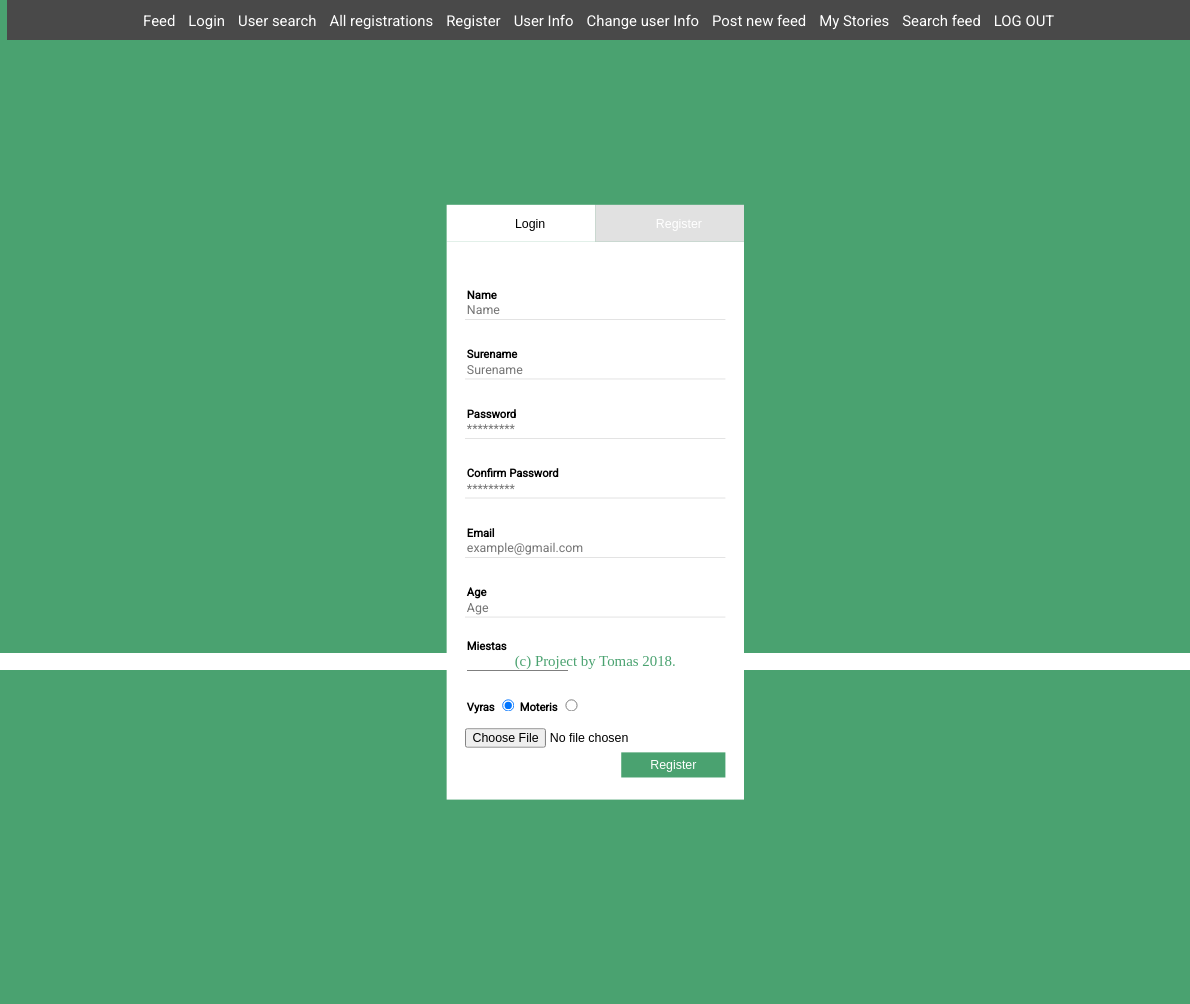
Repository: codin-full-stack/tomasz
Page: http://localhost/tomasz/registration.php
An editor plug-in stored every save of this project. The page is shown before and after a run of saves, followed by the edit.
The browser window is 1280 px wide. The pictures show the whole page, at 93% of full size.
The page is run by PHP 8.4 with error messages shown; the project is at /var/www/html/.

Above is the page before, as saved 2018-10-04 15:03:34.

### registration.php
<?php include('config.php');
include('header.php')?>
<!DOCTYPE html>
<html>
<head>
    <meta charset="utf-8" />
    <title>Registracija</title>
    <meta name="viewport" content="width=device-width, initial-scale=1">
    <link rel="stylesheet" href="styles/styles.css" type="text/css">
</head>

<html>
<body>
    <div class="container">
        <form action="" method="POST" enctype="multipart/form-data">
        <div class="buttons">
            <button type="button" onclick="window.location.href='http://localhost:8081/tomasz/login.php'" class="lButton" required>Login</button>
            <button type="button" onclick="window.location.href='http://localhost:8081/tomasz/registration.php'" class="rButton"required>Register</button>
        </div>
        <div class="boxReg">
            <div class="box-item">
                <label for="" class="label">
                    Name<br>
                </label>
                <input type="text" name="vard" class="field" placeholder="Name">
            </div>
            <div class="box-item">
                <label for="" class="label">
                    Surename<br>
                </label>
                <input type="text" name="pavd" class="field" placeholder="Surename">
            </div>
            <div class="box-item">
                <label for="" class="label">
                    Password<br>
                </label>
                <input type="password" name="pass" class="field" placeholder="*********">
            </div>
            <div class="box-item">
                <label for="" class="label">
                    Confirm Password<br>
                </label>
                <input type="password" name="passconf" class="field" placeholder="*********">
            </div>
            <div class="box-item">
                <label for="" class="label">
                    Email<br>
                </label>
                <input type="text" name="email" class="field" placeholder="example@gmail.com">
            </div>
            <div class="box-item">
                <label for="" class="label">
                    Age<br>
                </label>
                <input type="text" name="amz" class="field" placeholder="Age">
            </div>
            <div class="box-item">
                <label for="" class="labelspace">
                  <br>Miestas&nbsp;&nbsp;&nbsp;&nbsp;
                </label>
                <select id="miest" name="miest" required>
            <option value="0">Pasirink miesta</option>
            <?php
                $citiesArray = [
                    'vln'   => 'Vilnius',
                    'kns'   => 'Kaunas',
                    'klp'   => 'Klaipeda',
                    'pnvz'  => 'Panevezys',
                    'siau'  => 'Siauliai',
                    'taur'  => 'Taurage',
                ];
            ?>
            <?php foreach ($citiesArray as $key=> $value) { ?>
                <option value="<?php echo $key; ?>">
                    <?php echo $value; ?>
                </option>
            <?php } ?>
        </select>
            </div>
            <div class="box-item">
                <label for="" class="labelradio">
                    <br><br>Vyras <input type="radio" name="lyt" value="M" checked="checked">
                    Moteris <input type="radio" name="lyt" value="F"><br><br>
                </label>
            </div>
            <div class="photo-upload">
                <input type="file" name="myimage">
            </div>
            <div class="box-bottom">
                <button name="reg" type="sumbit" class="regButton">
                    Register
                </button>
            </div>
        </div>
    </div>
    </form>
    <?php


if (!empty($_POST)){
    if ($_POST['pass'] != $_POST['passconf']) {
        echo("Neatitinka slaptazodziai.");
    } else {
        include('PushAndRetrieveLast.php');
    }
}
?>

</div>
<?php include('footer.php')?>
</body>
</html>

### config.php
<?php
$servername = "localhost";
$username = "root";
$password = "";
$db = "tomasz";

$conn = mysqli_connect($servername, $username, $password, $db);

if (!$conn) {
    die("Connection failed: " . mysqli_connect_error());
}
// echo "Connected successfully";

?>

### header.php
<?php
session_start();
// include('sessionCheck.php');
include('jsonFunctions.php');
?>
<!DOCTYPE html>
<html>
<head>
    <meta charset="utf-8" />
    <title>
    <?php
        if(isset($_SESSION['id'])) {
            $search_value=$_SESSION["id"];
            $sql3="select * from users where id ='$search_value'";
            $result3=mysqli_query($conn, $sql3);
            $row3=mysqli_fetch_assoc($result3);
            echo "Prisijunges: " . $row3['name'];
        } else {
            echo 'Prisjunk';
        }
    ?>
    </title>
    <meta name="viewport" content="width=device-width, initial-scale=1">
    <link rel="stylesheet" href="styles/styles.css" type="text/css">
    <link href="https://fonts.googleapis.com/css?family=Roboto" rel="stylesheet">
</head>
<body background="media/bgwp.jpg">
    <div class="navigation">
        <?php include('TopMenu.php')?>
    </div>

### jsonFunctions.php
<?php

function scanFiles($dir) {
    $path = __DIR__ . DIRECTORY_SEPARATOR . $dir;
    $files = scandir($path);

    return $files;
}

/** DECODE json to array and return  */
function jsonFileToArray($dir, $file) {
    $path = __DIR__ . DIRECTORY_SEPARATOR . $dir . DIRECTORY_SEPARATOR;
    $file = file_get_contents($path . $file, FILE_USE_INCLUDE_PATH);
    $allInfo = json_decode($file, true);

    return $allInfo;
}

/** ENCODE array to JSON */
function arrayToJsonFile($dir, $data) {
    $path = __DIR__ . DIRECTORY_SEPARATOR . $dir . DIRECTORY_SEPARATOR;
    $encodeFileName = urlencode($data['email'] . '.json');
    $json = json_encode($data, JSON_PRETTY_PRINT|JSON_UNESCAPED_UNICODE);
    file_put_contents($path . $encodeFileName , $json);
    echo "Ikelta: $path . $encodeFileName . <br> . <br>";
}

/** Show all registered users data  */
function allRegisteredList($files, $dir) {
    foreach ($files as $key => $value) {
        $pos = strpos($value, '.json');
        if ($pos != false) {
           $allInfo = jsonFileToArray($dir, $value);
            foreach ($allInfo as $key => $item) {
                if (!is_array($item)) {
                    echo $key . '=>' . $item . '<br/>';
                } else {
                    foreach ($item as $key => $val) {
                        echo $key . '=>' . $val . '<br/>';
                    }
                }
            }
            echo '<br/>';
        }
    }
}

function fileExists($dir, $fileName) {
    $path = __DIR__ . DIRECTORY_SEPARATOR . $dir . DIRECTORY_SEPARATOR;
    if(file_exists($path . $fileName)) {
        return true;
    } else {
        return false;
    }
}
/**
 * SEARCH FOR USER
 */
function searchUser($labelsArray, $fileName, $data) {
    if (!empty ($data)) {
        // var_dump (fileExists('regFormJson', $fileName)); FUNKCIJOS test
        if (fileExists('regFormJson', $fileName)) {
            $json = jsonFileToArray('regFormJson', $fileName);
            unset($json['pass']);
            foreach ($json as $key => $item) {
                if (!empty($item)) {
                    echo $labelsArray[$key] . ': ' .  $item . '<br>' ;
                }
            }
        } else {
            echo "Tokio vartotojo nera";
        }
    }
}

/** Show registered info */
function retrieve($fileName, $data, $labelsArray ) {
    if (!empty ($data)) {
            $json = jsonFileToArray('regFormJson', $fileName);
            foreach ($json as $key => $item) {
                if (!empty($item)) {
                    echo $labelsArray[$key] . ': ' .  $item . '<br>' ;
            }
        }
    }
}


// function loginU($fileName, $data) {
//     if (!empty($data) && fileExists('regFormJson', $fileName)) {

//         header("location: index.php");
//     } else {
//         header("location: login.php");
//     }
// }

function getFilePath($logindata){
    $filePath = __DIR__ . DIRECTORY_SEPARATOR . 'regFormJson' . DIRECTORY_SEPARATOR . urlencode($logindata['email'] . '.json');

    return $filePath;
 }

 /** Funkcija vartotojo duomenu istraukimui */

 function getUserInfo($filePath){
    if(file_exists($filePath)){
        $info2 = file_get_contents($filePath);
        $masyv = json_decode($info2, true);
        return $masyv;
    } else {
        return null;
    }
 }

 function loginU($data){

    $filePath = getFilePath($data);
    $userInfo = getUserInfo($filePath);

    if(!empty($userInfo)){

        checkPass($filePath, $data);

    /** jei vartotojas egzistuoja issitraukti jo duomenis, patikrinti issaugota slaptazodi su postinamu passu ir jei jei sutampa uzsetinti sesija */
    } else {
        echo 'Neteisingas slaptazodis';
    }
 }

 /** funkcija slaptazodzio palyginimui */
 function checkPass($filePath, $data){

    $data['pass1'] = md5($data['pass1']);

    $userInfo = getUserInfo($filePath);

    if ($userInfo['pass'] == $data['pass1']){

        $_SESSION = [
            'email'   => $userInfo['email'],
        ];

        header('refresh:0.1; index.php');
    } else {
        echo 'Neteisingas slaptazodis';
    }
 }


 function userInfo($labelsArray, $fileName) {
    if (fileExists('regFormJson', $fileName)) {
        $json = jsonFileToArray('regFormJson', $fileName);
        unset($json['pass']);
        foreach ($json as $key => $item) {
            if (!empty($item)) {
                echo $labelsArray[$key] . ': ' .  $item . '<br>' ;
            }
        }
    }
 }

function getInfo() {
    if (isset($session['id'])) {

    }
}
?>

### TopMenu.php
<?php
    $json = file_get_contents('menuJson/dzeksonas.json');
    $array = json_decode($json, true);
    $array = $array['menu']['items'];
    foreach ($array as $key => $value) {
        if (!empty($value)) {
            ?>
            <a href="<?php echo $value['id']; ?>">
                <?php
                    if (!empty($value['label'])) {
                        echo $value['label'];
                    } else {
                        echo "empty label";
                    }
                ?>
            </a>
            &nbsp;
        <?php
        }
    }
?>

### menuJson/dzeksonas.json
{
    "menu":{
        "header":"SVG Viewer",
        "items":[
            {
                "id":"http://localhost:8081/tomasz/",
                "label":"Feed"
            },
            {
                "id":"http://localhost:8081/tomasz/login.php",
                "label":"Login"
            },
            {
                "id":"http://localhost:8081/tomasz/paieska.php",
                "label":"User search"
            },
            {
                "id":"http://localhost:8081/tomasz/allRegisteredList.php",
                "label":"All registrations"
            },
            null,
            {
                "id":"http://localhost:8081/tomasz/registration.php",
                "label":"Register"
            },
            {
                "id":"http://localhost:8081/tomasz/userInfo.php",
                "label":"User Info"
            },
            null,
            {
                "id":"http://localhost:8081/tomasz/infoChange",
                "label":"Change user Info"
            },
            {
                "id":"http://localhost:8081/tomasz/post_new.php",
                "label":"Post new feed"
            },
            {
                "id":"http://localhost:8081/tomasz/myPosts.php",
                "label":"My Stories"
            },
            {
                "id":"http://localhost:8081/tomasz/search.php",
                "label":"Search feed"
            },
            {
                "id":"http://localhost:8081/tomasz/logout.php",
                "label":"LOG OUT"
            }
        ]
    }
}

### footer.php
<div class="footer">
    (c) Project by Tomas 2018.
</div>
</body>
</html>

### styles/styles.css
body {
    background: #4AA270;
    align-items: center;

}
.container {
    overflow: hidden;
    margin: 220px auto;
    width: 320px;
}

.box {
    padding: 20px;
    background-color: #FFFFFF;
    height: 280px;
    box-sizing: border-box;

}

.buttons {
    display: flex;
    height: 40px;

}

.lButton {
    width: 50%;
    color: #000000;
    background-color: #FFFFFF;
    border: 0;
    padding: 10px 10px 10px 30px;
    cursor: pointer;
    min-height: 40px;
    justify-content: center;
}

.rButton {
    width: 50%;
    color: #FFFFFF;
    background-color: #E1E1E1;
    border: 0;
    padding: 10px 10px 10px 30px;
    cursor: pointer;
    min-height: 40px;
    justify-content: center;
}

.boxReg {
    padding: 20px;
    background-color: #FFFFFF;
    height: 600px;
    box-sizing: border-box;
}

.field {
    display: flex;
    position: relative;
    width: 100%;
    padding: 2px;
    background-color: #FFFFFF;
    border-style: none;
    border-bottom-style: solid;
    border-bottom-color: #E1E1E1;
    border-width: 1px;
    box-sizing: border-box;
    font-family: 'Roboto', sans-serif;
    box-shadow: inset 20px 20px #FFFFFF;
}

.label {
    display: flex;
    padding-top: 30px;
    font-family: 'Roboto', sans-serif;
    font-size: 12px;
    font-weight: bold;
    position: relative;
    right: -2px;
    border-style: none;
}

.field:focus{
    outline:none;
    border-color: #4AA270;
}

.rButton:focus {
    outline: 0;
    border-bottom: 1px solid #FFFFFF;
    box-shadow: 0 3px 0 #4AA270;
}

.lButton:focus {
    outline: 0;
    border-bottom: 1px solid #FFFFFF;
    box-shadow: 0 3px 0 #4AA270;
}

.sigin {
    background-color: #4AA270;
    color: white;
    padding: 6px 14px;
    border: none;
    width: 40%;
    position: relative;
    top: 60px;
    float: right;
}

.sigin:focus {
    outline: 1;
    outline-color: #4AA270;
}
.forgot-link {
    position: relative;
    float: left;
    top: 65px;
    font-family: 'Roboto', sans-serif;
    font-size: 11px;
    color: #97D8D7;
}
.regButton {
    background-color: #4AA270;
    color: white;
    padding: 6px 14px;
    border: none;
    width: 40%;
    position: relative;
    top: 5px;
    float: right;
}
.labelspace {
    display: flex;
    padding-top: 10px;
    font-family: 'Roboto', sans-serif;
    font-size: 12px;
    font-weight: bold;
    position: relative;
    right: -2px;
    border-style: none;
}
.labelradio {
    display: inline-block;
    font-family: 'Roboto', sans-serif;
    font-size: 12px;
    font-weight: bold;
    position: relative;
    right: -2px;
    border-style: none;
}
.footer {
    position: fixed;
    left: 0;
    bottom: 0;
    width: 100%;
    background-color: #ffffff;
    color: #4AA270;
    text-align: center;
}
.allreg {
    color: #4AA270;
}

.navigation {
    text-align: center;
    font-size: 20px;
    position: fixed;
    width: 100%;
    display: inline-block;
    padding: 10px;
    margin: auto;
    background-color: #494949;
    overflow: hidden;
    top: 0px;
    z-index: 100;
}
.navigation a {
    color: #ffffff;
    text-decoration: none;
    font-family: 'Roboto', sans-serif;
    font-size: 16px;
}

.feed {
    display: flex; /* or inline-flex */
    width: 1200px;
    background-color: #F8F8F8;
    margin-top: 40px;
    margin-right: auto;
    margin-left: auto;
    flex-wrap: wrap;
    justify-content: space-around;
    padding: 10px;
}

.feed-box {
    height: 425px;
    width: 270px;
    background-color:#ffffff;
    position: relative;
    overflow: hidden;
    margin: 5px;
}

.feed-box-image {
    height: auto;
    width: 100%;

}
.feed-box:nth-child(4n-3) {
    width: 560px;
}
.feed-box-title {
    position: absolute;
    bottom: 0;
    padding: 5px;
    background-color: #ffffff;
    width: 100%;
}
.feed-box-image-container {
    overflow: hidden;
    height: 290px;
    width: auto;

}

* {
    box-sizing: border-box;
}

.feed-box-heading {
    overflow-wrap: break-word;
    font-family: 'Roboto', sans-serif;
    font-size: 20px;
}

After the next 2 saves:
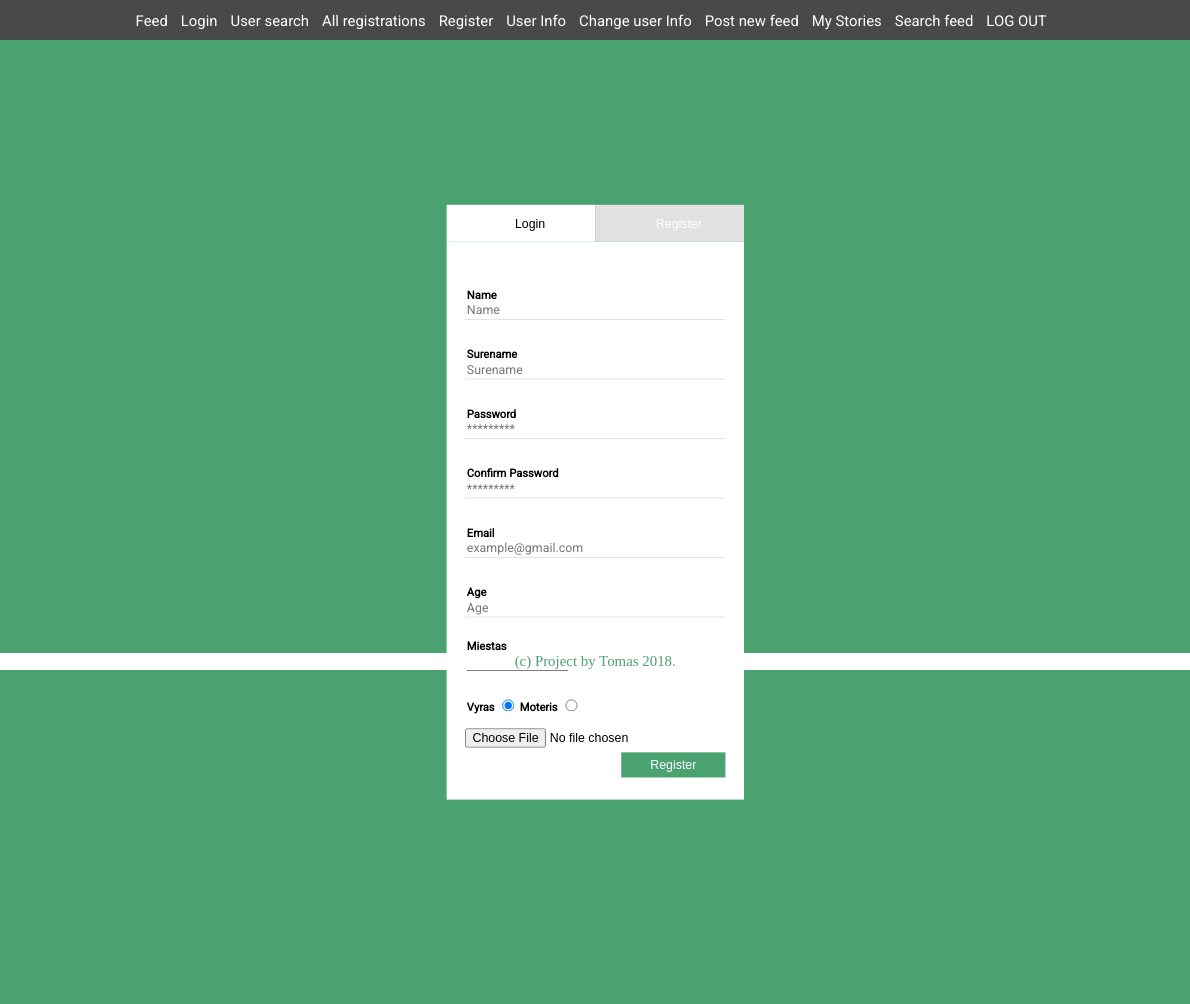
The 2 saves are shown as one change because they came seconds apart.
The last was saved 37 s later.
--- a/styles/styles.css
+++ b/styles/styles.css
@@ -172,6 +172,7 @@ body {
     overflow: hidden;
     top: 0px;
     z-index: 100;
+    left: 0px;
 }
 .navigation a {
     color: #ffffff;
